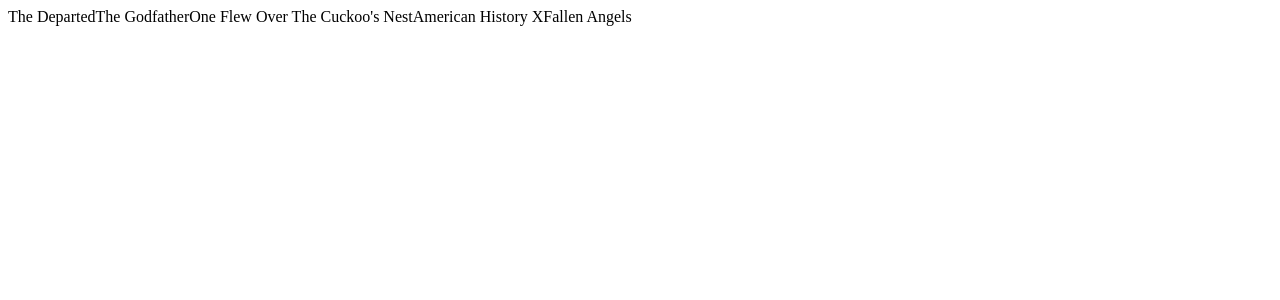
Repository: nishit47/merofilmrecs
Page: web_dev/tiles.html
These files come from the project's save history. The page is drawn as it stood at one moment and after a run of saves; the edit follows.
The browser window is 1280 px wide. The pictures show the whole page.

Above is the page before, as saved 2021-10-06 15:02:49.

### web_dev/tiles.html
<!DOCTYPE html>
<html lang="en">
<head>
    <meta charset="UTF-8">
    <meta http-equiv="X-UA-Compatible" content="IE=edge">
    <meta name="viewport" content="width=device-width, initial-scale=1.0">
    <title>tiles</title>
</head>

<style>
    .movietiles{
        display: flex;
    }
    #movieitem{
        width: 500px;
        background-color: teal;
    }
</style>
<body>
    <div class="movietiles">
        <div class="movieitem"id="movie1">The Departed</div>
        <div class="movieitem"id="movie2">The Godfather</div>
        <div class="movieitem"id="movie3">One Flew Over The Cuckoo's Nest</div>
        <div class="movieitem"id="movie4">American History X</div>
        <div class="movieitem" id="movie5">Fallen Angels</div>
    </div>

</body>
</html>

After the next 3 saves:
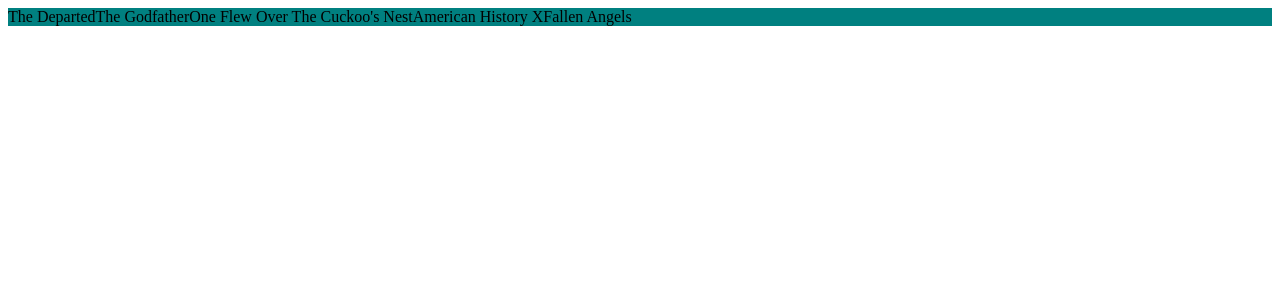
The 3 saves are shown as one change because they came seconds apart.
The last was saved 13 s later.
--- a/web_dev/tiles.html
+++ b/web_dev/tiles.html
@@ -9,11 +9,11 @@
 
 <style>
     .movietiles{
+        background-color: teal;
         display: flex;
     }
     #movieitem{
-        width: 500px;
-        background-color: teal;
+
     }
 </style>
 <body>
